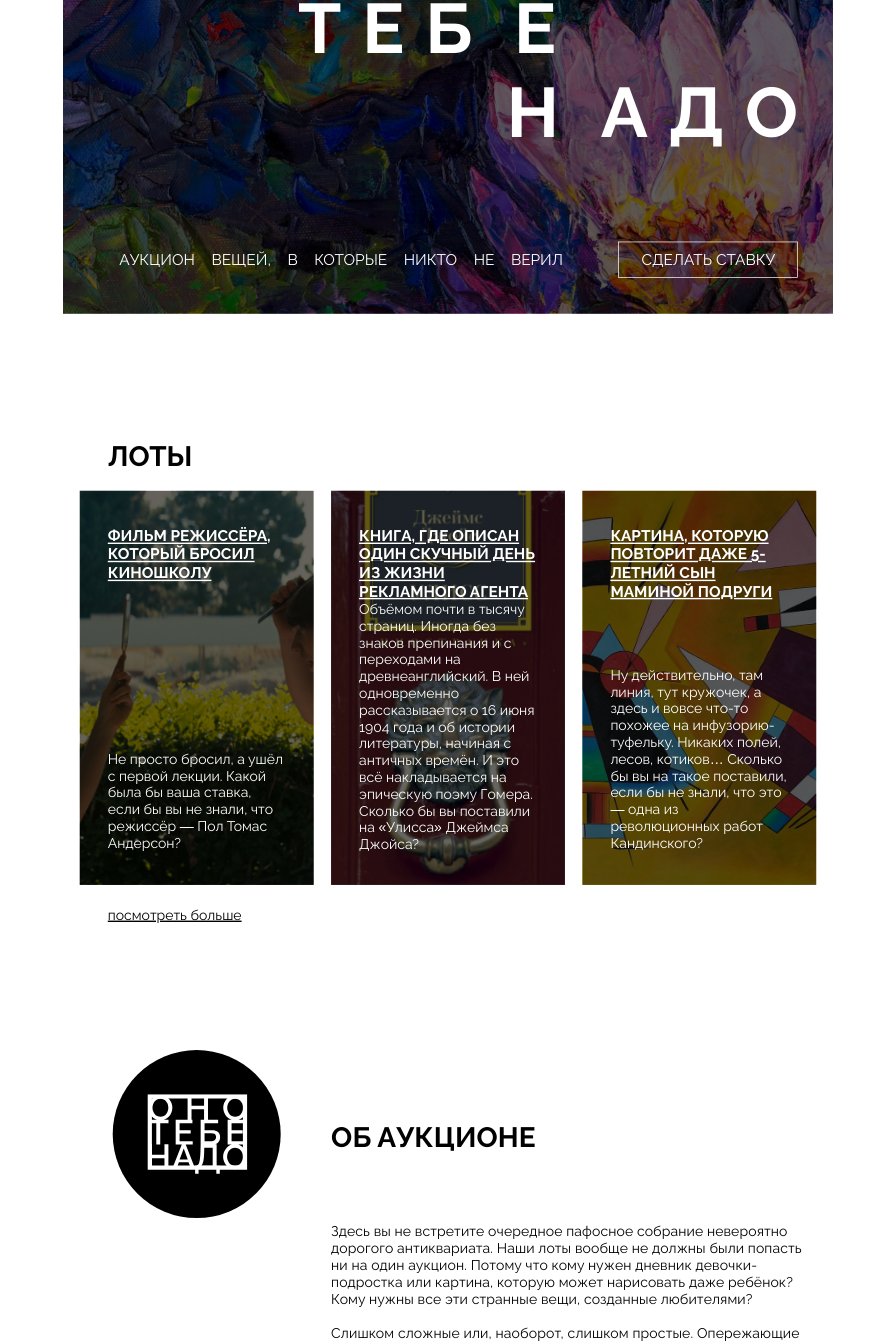
Repository: Smoyki/ono-tebe-nado
Page: index.html
These files come from the project's save history. The page is drawn as it stood at one moment and after the next save; the edit follows.
The browser window is 1280 px wide. The pictures show the part of the page from y = 603 to 2523 px (the page is 3027 px tall), at 70% of full size.

Above is the page before, as saved 2024-04-18 13:31:22.

After the next save:
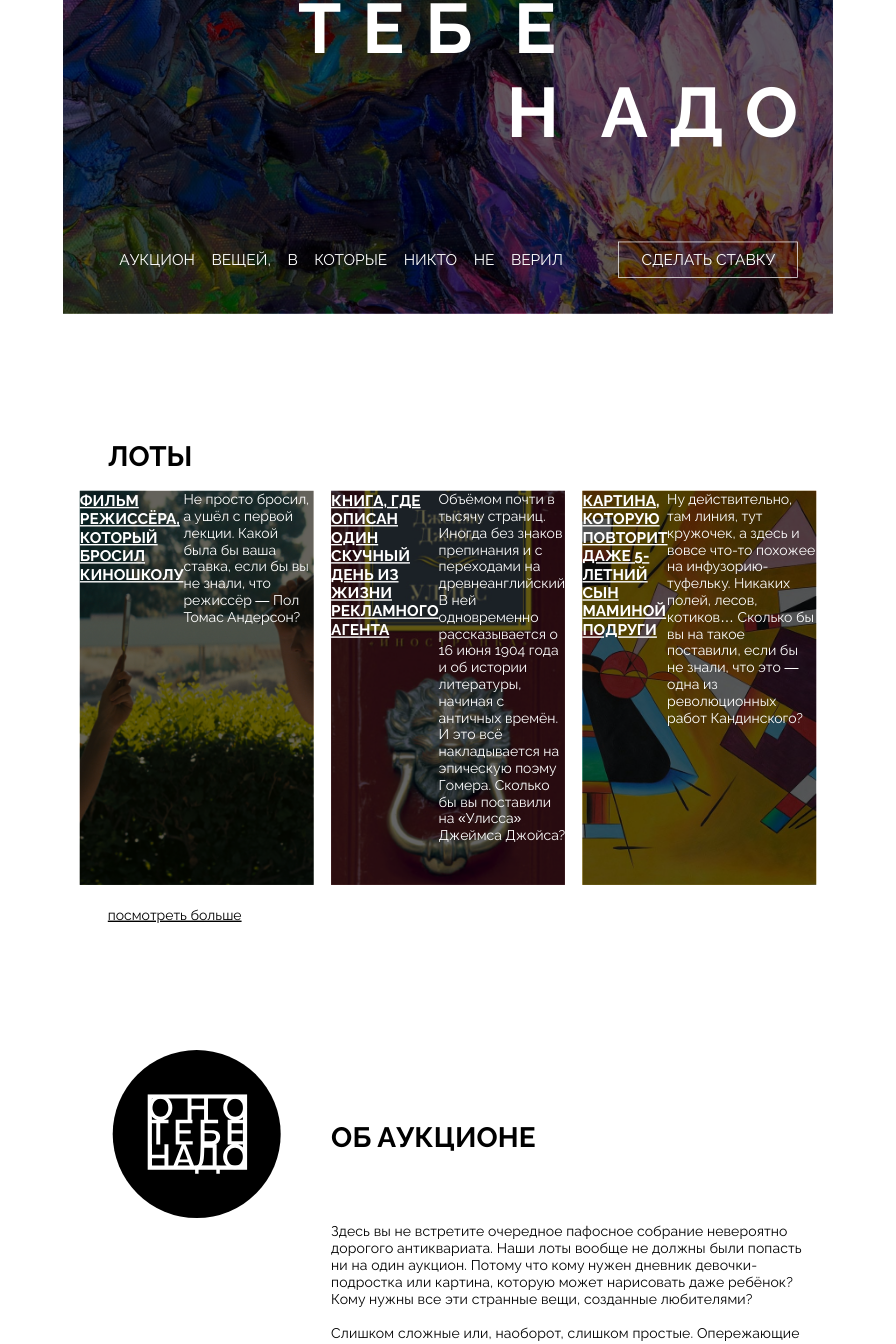
Saved 10 s later.
--- a/styles/style.css
+++ b/styles/style.css
@@ -271,10 +271,6 @@
   width: 100%;
   height: 100%;
   background: rgba(0, 0, 0, 0.6);
-  padding: 51px 40px 48px 40px;
-  flex-direction: column;
-  justify-content: space-between;
-  text-align: left;
 }
 
 .lots__look-more-link {

After the 3 saves that followed:
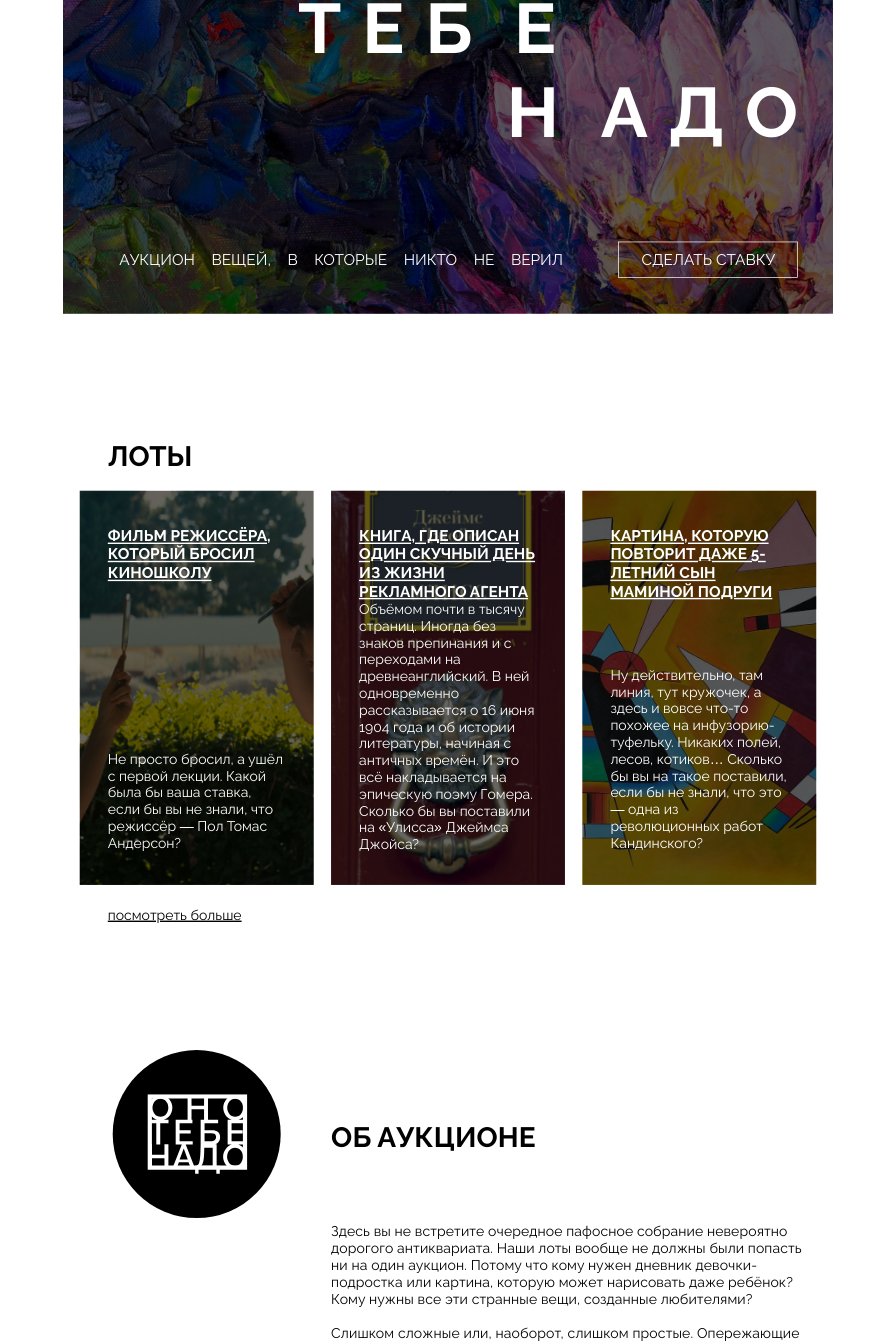
The 3 saves are shown as one change because they came seconds apart.
The last was saved 13 s later.
--- a/styles/style.css
+++ b/styles/style.css
@@ -221,10 +221,7 @@
   background-repeat: no-repeat;
   background-size: cover;
   background-position: center;
-  padding: 51px 40px 48px 40px;
-  flex-direction: column;
-  justify-content: space-between;
-  text-align: left;
+
 }
 
 .card__title {
@@ -271,6 +268,10 @@
   width: 100%;
   height: 100%;
   background: rgba(0, 0, 0, 0.6);
+  padding: 51px 40px 48px 40px;
+  flex-direction: column;
+  justify-content: space-between;
+  text-align: left;
 }
 
 .lots__look-more-link {
